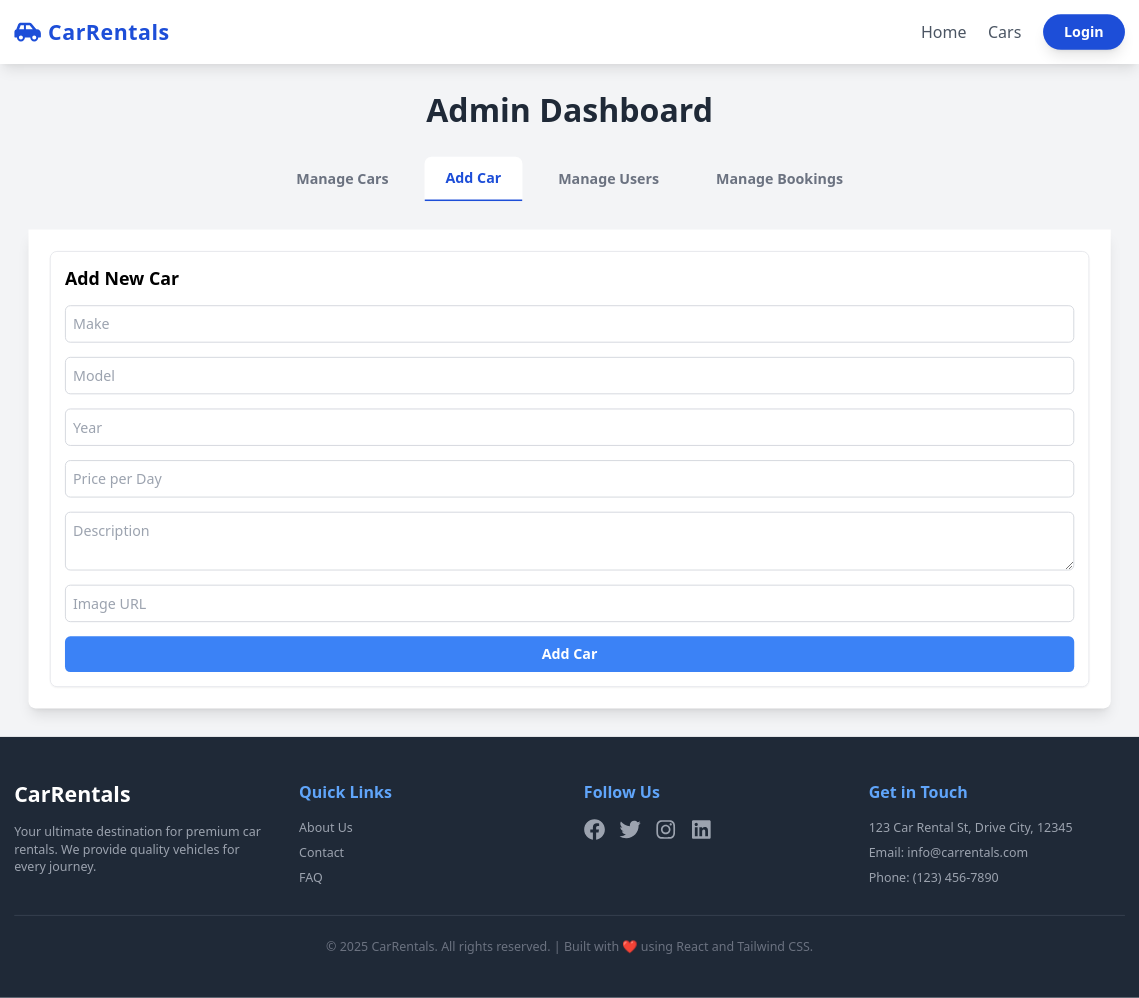
Repository: Daehy-peels/car-rental-app
Page: /admin (app in client/), after clicking the first element matching `div.justify-center > :nth-child(2)`
The author's editor kept a copy of each file at every save. The page is drawn from the files as they stood at one save, then again after the next save.
The browser window is 1280 px wide. The pictures show the whole page, at 89% of full size.
The page's requests for data from a server got no answer. The project was rebuilt for these pictures with package versions that can differ from the ones it lists, and the page was loaded fresh each time. No one was signed in, and anything a server would have sent is missing. Also part of the build but not shown: client/vite.config.js, client/src/components/Hero.jsx, client/src/components/CarCard.jsx, client/src/components/CarReviews.jsx, client/src/components/CarDetail.jsx, client/src/components/FeaturedCars.jsx, client/src/components/Testimonials.jsx, client/src/components/CallToAction.jsx and 10 more.

Above is the page before, as saved 2025-08-24 12:50:58.

### client/src/main.jsx
// src/main.jsx
import React from "react";
import ReactDOM from "react-dom/client";
import App from "./App.jsx";
import { BrowserRouter } from "react-router-dom";

ReactDOM.createRoot(document.getElementById("root")).render(
  <React.StrictMode>
    <BrowserRouter>
      <App />
    </BrowserRouter>
  </React.StrictMode>
);

### client/src/App.jsx
// src/App.jsx
import React, { useState } from "react";
import { Routes, Route } from "react-router-dom";
import HomePage from "./pages/HomePage";
import AdminDashboard from "./pages/AdminDashboard";
import BookingPage from "./pages/BookingPage";
import CarsPage from "./pages/CarsPage";
import ProfilePage from "./pages/ProfilePage";
import BookingDetailPage from "./pages/BookingDetailPage";
import Navbar from "./components/Navbar";
import Footer from "./components/Footer";
import Modal from "./components/Modal";
import LoginForm from "./components/LoginForm";
import RegisterForm from "./components/RegisterForm";
import mainCarImage from "./assets/hero.jpg";
import { ToastContainer } from "react-toastify";
import "react-toastify/dist/ReactToastify.css";
import "./index.css";

function App() {
  const [showAuthModal, setShowAuthModal] = useState(false);
  const [isLoginView, setIsLoginView] = useState(true);
  const [currentUser, setCurrentUser] = useState(null);

  const handleOpenAuthModal = () => {
    setShowAuthModal(true);
  };

  const handleCloseAuthModal = () => {
    setShowAuthModal(false);
  };

  const handleLoginSuccess = (user) => {
    setCurrentUser(user);
    setShowAuthModal(false);
  };

  const handleRegistrationSuccess = (user) => {
    setIsLoginView(true);
  };

  const handleLogout = () => {
    setCurrentUser(null);
  };

  return (
    <div className="flex flex-col min-h-screen bg-background font-sans antialiased">
      <Navbar
        onAuthClick={handleOpenAuthModal}
        currentUser={currentUser}
        onLogout={handleLogout}
      />

      <div className="flex-grow">
        <Routes>
          <Route
            path="/"
            element={
              <HomePage
                onAuthClick={handleOpenAuthModal}
                currentUser={currentUser}
              />
            }
          />
          <Route path="/admin" element={<AdminDashboard />} />
          <Route
            path="/book/:carId"
            element={<BookingPage currentUser={currentUser} />}
          />
          <Route
            path="/cars"
            element={
              <CarsPage
                onAuthClick={handleOpenAuthModal}
                currentUser={currentUser}
              />
            }
          />
          <Route
            path="/profile"
            element={
              <ProfilePage
                currentUser={currentUser}
                setCurrentUser={setCurrentUser}
              />
            }
          />
          <Route
            path="/profile/booking/:bookingId"
            element={<BookingDetailPage currentUser={currentUser} />}
          />
        </Routes>
      </div>
      <Footer />

      {showAuthModal && (
        <Modal onClose={handleCloseAuthModal}>
          <div className="flex flex-col md:flex-row bg-white rounded-lg overflow-hidden max-w-4xl mx-auto shadow-2xl">
            <div className="w-full md:w-1/2 p-8 md:p-12">
              <div className="max-w-md mx-auto">
                <h1 className="text-3xl font-bold text-text mb-6 text-center">
                  {isLoginView ? "Log In" : "Create an Account"}
                </h1>
                {isLoginView ? (
                  <LoginForm onLoginSuccess={handleLoginSuccess} />
                ) : (
                  <RegisterForm
                    onRegistrationSuccess={handleRegistrationSuccess}
                  />
                )}
                <div className="text-center mt-6">
                  <button
                    onClick={() => setIsLoginView(!isLoginView)}
                    className="text-primary hover:underline"
                  >
                    {isLoginView
                      ? "Need an account? Register here."
                      : "Already have an account? Log in here."}
                  </button>
                </div>
              </div>
            </div>
            <div className="hidden md:block md:w-1/2">
              <img
                src={mainCarImage}
                alt="A stylish car"
                className="object-cover w-full h-full"
              />
            </div>
          </div>
        </Modal>
      )}
      <ToastContainer
        position="top-center"
        autoClose={3000}
        hideProgressBar={false}
        newestOnTop={false}
        closeOnClick
        rtl={false}
        pauseOnFocusLoss
        draggable
        pauseOnHover
      />
    </div>
  );
}

export default App;

### client/src/pages/AdminDashboard.jsx
// src/pages/AdminDashboard.jsx
import React, { useState } from "react";
import UserList from "../components/UserList";
import CarList from "../components/CarList";
import AddCarForm from "../components/AddCarForm";
import BookingList from "../components/BookingList"; // Import the new component

const AdminDashboard = () => {
  const [activeTab, setActiveTab] = useState("cars");

  const renderContent = () => {
    switch (activeTab) {
      case "cars":
        return <CarList />;
      case "addCar":
        return <AddCarForm />;
      case "users":
        return <UserList />;
      case "bookings": // New case for bookings
        return <BookingList />;
      default:
        return null;
    }
  };

  return (
    <div className="bg-gray-100 min-h-screen p-8">
      <div className="container mx-auto">
        <h1 className="text-4xl font-bold text-center text-gray-800 mb-8">
          Admin Dashboard
        </h1>

        {/* Tab Navigation */}
        <div className="flex justify-center space-x-4 mb-8">
          <button
            onClick={() => setActiveTab("cars")}
            className={`py-3 px-6 rounded-t-lg font-semibold transition-colors ${
              activeTab === "cars"
                ? "bg-white text-primary border-b-2 border-primary"
                : "text-gray-500 hover:text-gray-700"
            }`}
          >
            Manage Cars
          </button>
          <button
            onClick={() => setActiveTab("addCar")}
            className={`py-3 px-6 rounded-t-lg font-semibold transition-colors ${
              activeTab === "addCar"
                ? "bg-white text-primary border-b-2 border-primary"
                : "text-gray-500 hover:text-gray-700"
            }`}
          >
            Add Car
          </button>
          <button
            onClick={() => setActiveTab("users")}
            className={`py-3 px-6 rounded-t-lg font-semibold transition-colors ${
              activeTab === "users"
                ? "bg-white text-primary border-b-2 border-primary"
                : "text-gray-500 hover:text-gray-700"
            }`}
          >
            Manage Users
          </button>
          <button
            onClick={() => setActiveTab("bookings")} // New button for bookings
            className={`py-3 px-6 rounded-t-lg font-semibold transition-colors ${
              activeTab === "bookings"
                ? "bg-white text-primary border-b-2 border-primary"
                : "text-gray-500 hover:text-gray-700"
            }`}
          >
            Manage Bookings
          </button>
        </div>

        {/* Content based on active tab */}
        <div className="bg-white rounded-b-lg shadow-lg p-6">
          {renderContent()}
        </div>
      </div>
    </div>
  );
};

export default AdminDashboard;

### client/src/components/Footer.jsx
// src/components/Footer.jsx
import React from "react";
import { FaFacebook, FaTwitter, FaInstagram, FaLinkedin } from "react-icons/fa";

const Footer = () => {
  return (
    // Removed the mt-12 class
    <footer className="bg-text text-white py-12">
      <div className="container mx-auto px-4 text-center md:text-left">
        <div className="grid grid-cols-1 md:grid-cols-4 gap-8">
          {/* Logo and About Section */}
          <div className="col-span-1">
            <p className="text-2xl font-bold mb-4">CarRentals</p>
            <p className="text-sm text-gray-400">
              Your ultimate destination for premium car rentals. We provide
              quality vehicles for every journey.
            </p>
          </div>

          {/* Quick Links */}
          <div className="col-span-1">
            <h4 className="text-lg font-semibold mb-4 text-accent">
              Quick Links
            </h4>
            <ul className="space-y-2 text-sm">
              <li>
                <a
                  href="#"
                  className="text-gray-400 hover:text-white transition-colors"
                >
                  About Us
                </a>
              </li>
              <li>
                <a
                  href="#"
                  className="text-gray-400 hover:text-white transition-colors"
                >
                  Contact
                </a>
              </li>
              <li>
                <a
                  href="#"
                  className="text-gray-400 hover:text-white transition-colors"
                >
                  FAQ
                </a>
              </li>
            </ul>
          </div>

          {/* Social Media Links */}
          <div className="col-span-1">
            <h4 className="text-lg font-semibold mb-4 text-accent">
              Follow Us
            </h4>
            <div className="flex justify-center md:justify-start space-x-4">
              <a
                href="#"
                className="text-gray-400 hover:text-white transition-colors transform hover:scale-110"
              >
                <FaFacebook size={24} />
              </a>
              <a
                href="#"
                className="text-gray-400 hover:text-white transition-colors transform hover:scale-110"
              >
                <FaTwitter size={24} />
              </a>
              <a
                href="#"
                className="text-gray-400 hover:text-white transition-colors transform hover:scale-110"
              >
                <FaInstagram size={24} />
              </a>
              <a
                href="#"
                className="text-gray-400 hover:text-white transition-colors transform hover:scale-110"
              >
                <FaLinkedin size={24} />
              </a>
            </div>
          </div>

          {/* Contact Info */}
          <div className="col-span-1">
            <h4 className="text-lg font-semibold mb-4 text-accent">
              Get in Touch
            </h4>
            <p className="text-sm text-gray-400">
              123 Car Rental St, Drive City, 12345
            </p>
            <p className="text-sm text-gray-400 mt-2">
              Email: info@carrentals.com
            </p>
            <p className="text-sm text-gray-400 mt-2">Phone: (123) 456-7890</p>
          </div>
        </div>

        <div className="border-t border-gray-700 mt-8 pt-6">
          <p className="text-sm text-gray-500 text-center">
            &copy; {new Date().getFullYear()} CarRentals. All rights reserved. |
            Built with ❤️ using React and Tailwind CSS.
          </p>
        </div>
      </div>
    </footer>
  );
};

export default Footer;

### client/src/index.css
/* client/src/index.css */
@tailwind base;
@tailwind components;
@tailwind utilities;

### client/src/components/AddCarForm.jsx
// src/AddCarForm.jsx
import React, { useState } from "react";
import { addCar } from "../services/api";
import { toast } from "react-toastify";

const AddCarForm = () => {
  // State to hold the form data
  const [formData, setFormData] = useState({
    make: "",
    model: "",
    year: "",
    price_per_day: "",
    description: "",
    image_url: "",
  });

  // Handle input changes
  const handleChange = (e) => {
    setFormData({ ...formData, [e.target.name]: e.target.value });
  };

  // Handle form submission
  const handleSubmit = async (e) => {
    e.preventDefault();
    try {
      await addCar(formData);
      toast.success("Car added successfully!"); // Changed from alert()
      setFormData({
        make: "",
        model: "",
        year: "",
        price_per_day: "",
        image_url: "",
      });
    } catch (error) {
      console.error("Error adding car:", error);
      toast.error("Failed to add car. Please try again."); // Changed from alert()
    }
  };

  return (
    <div className="p-4 border border-gray-200 rounded-lg shadow-sm">
      <h2 className="text-xl font-semibold mb-4">Add New Car</h2>
      <form onSubmit={handleSubmit} className="grid gap-4">
        <input
          type="text"
          name="make"
          value={formData.make}
          onChange={handleChange}
          placeholder="Make"
          required
          className="p-2 border border-gray-300 rounded-md"
        />
        <input
          type="text"
          name="model"
          value={formData.model}
          onChange={handleChange}
          placeholder="Model"
          required
          className="p-2 border border-gray-300 rounded-md"
        />
        <input
          type="number"
          name="year"
          value={formData.year}
          onChange={handleChange}
          placeholder="Year"
          required
          className="p-2 border border-gray-300 rounded-md"
        />
        <input
          type="number"
          name="price_per_day"
          value={formData.price_per_day}
          onChange={handleChange}
          placeholder="Price per Day"
          required
          className="p-2 border border-gray-300 rounded-md"
        />
        <textarea
          name="description"
          value={formData.description}
          onChange={handleChange}
          placeholder="Description"
          className="p-2 border border-gray-300 rounded-md"
        ></textarea>
        <input
          type="text"
          name="image_url"
          value={formData.image_url}
          onChange={handleChange}
          placeholder="Image URL"
          className="p-2 border border-gray-300 rounded-md"
        />
        <button
          type="submit"
          className="bg-blue-500 text-white font-bold py-2 px-4 rounded-md hover:bg-blue-600 transition-colors"
        >
          Add Car
        </button>
      </form>
    </div>
  );
};

export default AddCarForm;

Loaded but not shown: client/index.html (common file); client/src/services/api.js (288 lines, source omitted); client/tailwind.config.js (63 lines, source omitted); client/src/components/CarList.jsx (225 lines, source omitted); client/src/components/Navbar.jsx (149 lines, source omitted)

After the next save:
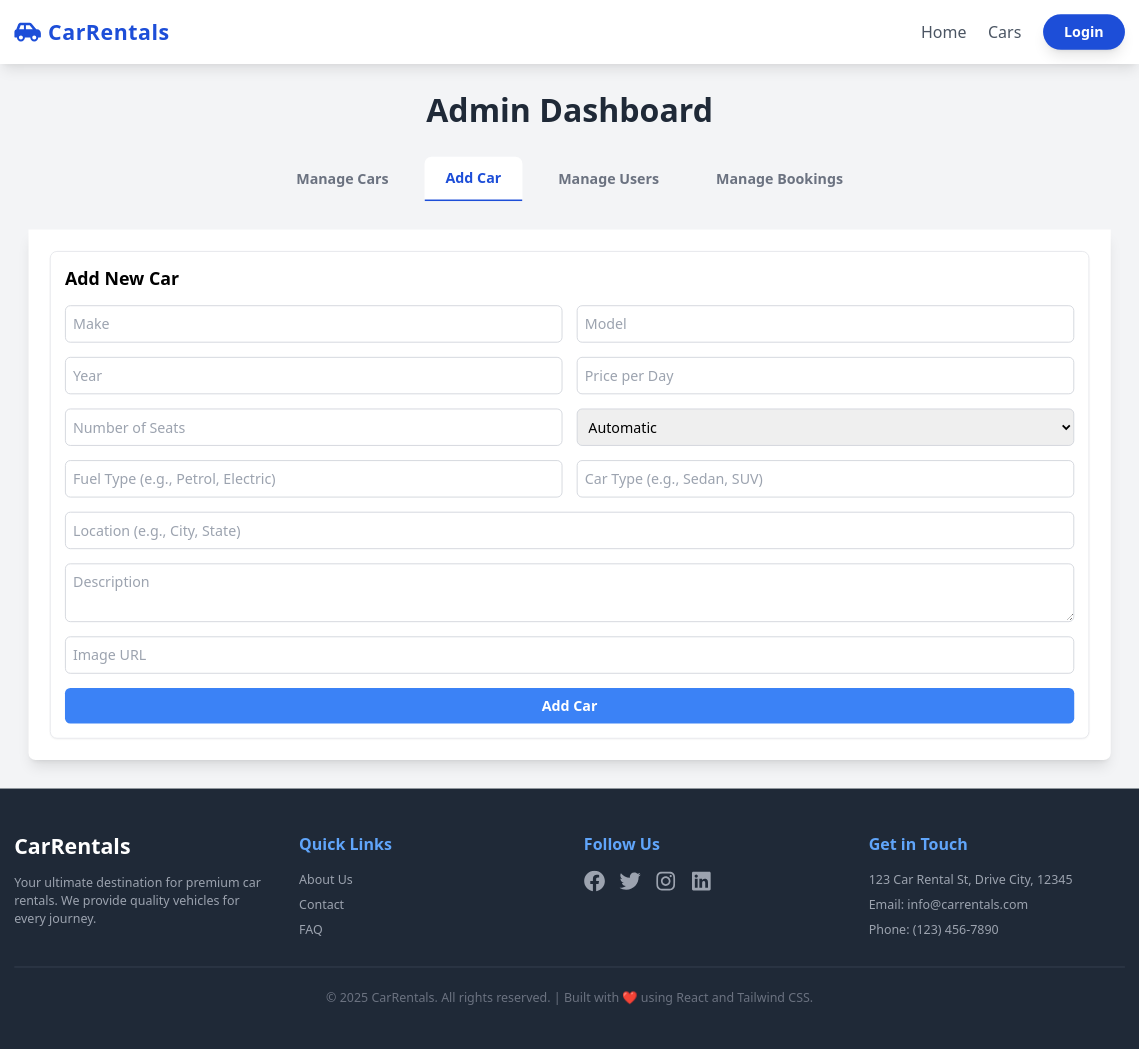
Saved 7 min 9 s later.
--- a/client/src/components/AddCarForm.jsx
+++ b/client/src/components/AddCarForm.jsx
@@ -4,7 +4,7 @@ import { addCar } from "../services/api";
 import { toast } from "react-toastify";
 
 const AddCarForm = () => {
-  // State to hold the form data
+  // State to hold the form data with new fields
   const [formData, setFormData] = useState({
     make: "",
     model: "",
@@ -12,11 +12,17 @@ const AddCarForm = () => {
     price_per_day: "",
     description: "",
     image_url: "",
+    seats: "", // New field
+    transmission: "Automatic", // New field with a default
+    fuel_type: "", // New field
+    car_type: "", // New field
+    location: "", // New field
   });
 
   // Handle input changes
   const handleChange = (e) => {
-    setFormData({ ...formData, [e.target.name]: e.target.value });
+    const { name, value } = e.target;
+    setFormData({ ...formData, [name]: value });
   };
 
   // Handle form submission
@@ -24,24 +30,31 @@ const AddCarForm = () => {
     e.preventDefault();
     try {
       await addCar(formData);
-      toast.success("Car added successfully!"); // Changed from alert()
+      toast.success("Car added successfully!");
+      // Reset form data after successful submission
       setFormData({
         make: "",
         model: "",
         year: "",
         price_per_day: "",
+        description: "",
         image_url: "",
+        seats: "",
+        transmission: "Automatic",
+        fuel_type: "",
+        car_type: "",
+        location: "",
       });
     } catch (error) {
       console.error("Error adding car:", error);
-      toast.error("Failed to add car. Please try again."); // Changed from alert()
+      toast.error("Failed to add car. Please try again.");
     }
   };
 
   return (
     <div className="p-4 border border-gray-200 rounded-lg shadow-sm">
       <h2 className="text-xl font-semibold mb-4">Add New Car</h2>
-      <form onSubmit={handleSubmit} className="grid gap-4">
+      <form onSubmit={handleSubmit} className="grid gap-4 md:grid-cols-2">
         <input
           type="text"
           name="make"
@@ -49,7 +62,7 @@ const AddCarForm = () => {
           onChange={handleChange}
           placeholder="Make"
           required
-          className="p-2 border border-gray-300 rounded-md"
+          className="p-2 border border-gray-300 rounded-md col-span-1"
         />
         <input
           type="text"
@@ -58,7 +71,7 @@ const AddCarForm = () => {
           onChange={handleChange}
           placeholder="Model"
           required
-          className="p-2 border border-gray-300 rounded-md"
+          className="p-2 border border-gray-300 rounded-md col-span-1"
         />
         <input
           type="number"
@@ -78,12 +91,60 @@ const AddCarForm = () => {
           required
           className="p-2 border border-gray-300 rounded-md"
         />
+        <input
+          type="number"
+          name="seats"
+          value={formData.seats}
+          onChange={handleChange}
+          placeholder="Number of Seats"
+          required
+          className="p-2 border border-gray-300 rounded-md"
+        />
+        <div className="col-span-1">
+          <select
+            name="transmission"
+            value={formData.transmission}
+            onChange={handleChange}
+            required
+            className="w-full p-2 border border-gray-300 rounded-md"
+          >
+            <option value="Automatic">Automatic</option>
+            <option value="Manual">Manual</option>
+          </select>
+        </div>
+        <input
+          type="text"
+          name="fuel_type"
+          value={formData.fuel_type}
+          onChange={handleChange}
+          placeholder="Fuel Type (e.g., Petrol, Electric)"
+          required
+          className="p-2 border border-gray-300 rounded-md col-span-1"
+        />
+        <input
+          type="text"
+          name="car_type"
+          value={formData.car_type}
+          onChange={handleChange}
+          placeholder="Car Type (e.g., Sedan, SUV)"
+          required
+          className="p-2 border border-gray-300 rounded-md col-span-1"
+        />
+        <input
+          type="text"
+          name="location"
+          value={formData.location}
+          onChange={handleChange}
+          placeholder="Location (e.g., City, State)"
+          required
+          className="p-2 border border-gray-300 rounded-md col-span-2"
+        />
         <textarea
           name="description"
           value={formData.description}
           onChange={handleChange}
           placeholder="Description"
-          className="p-2 border border-gray-300 rounded-md"
+          className="p-2 border border-gray-300 rounded-md col-span-2"
         ></textarea>
         <input
           type="text"
@@ -91,11 +152,11 @@ const AddCarForm = () => {
           value={formData.image_url}
           onChange={handleChange}
           placeholder="Image URL"
-          className="p-2 border border-gray-300 rounded-md"
+          className="p-2 border border-gray-300 rounded-md col-span-2"
         />
         <button
           type="submit"
-          className="bg-blue-500 text-white font-bold py-2 px-4 rounded-md hover:bg-blue-600 transition-colors"
+          className="bg-blue-500 text-white font-bold py-2 px-4 rounded-md hover:bg-blue-600 transition-colors col-span-2"
         >
           Add Car
         </button>
